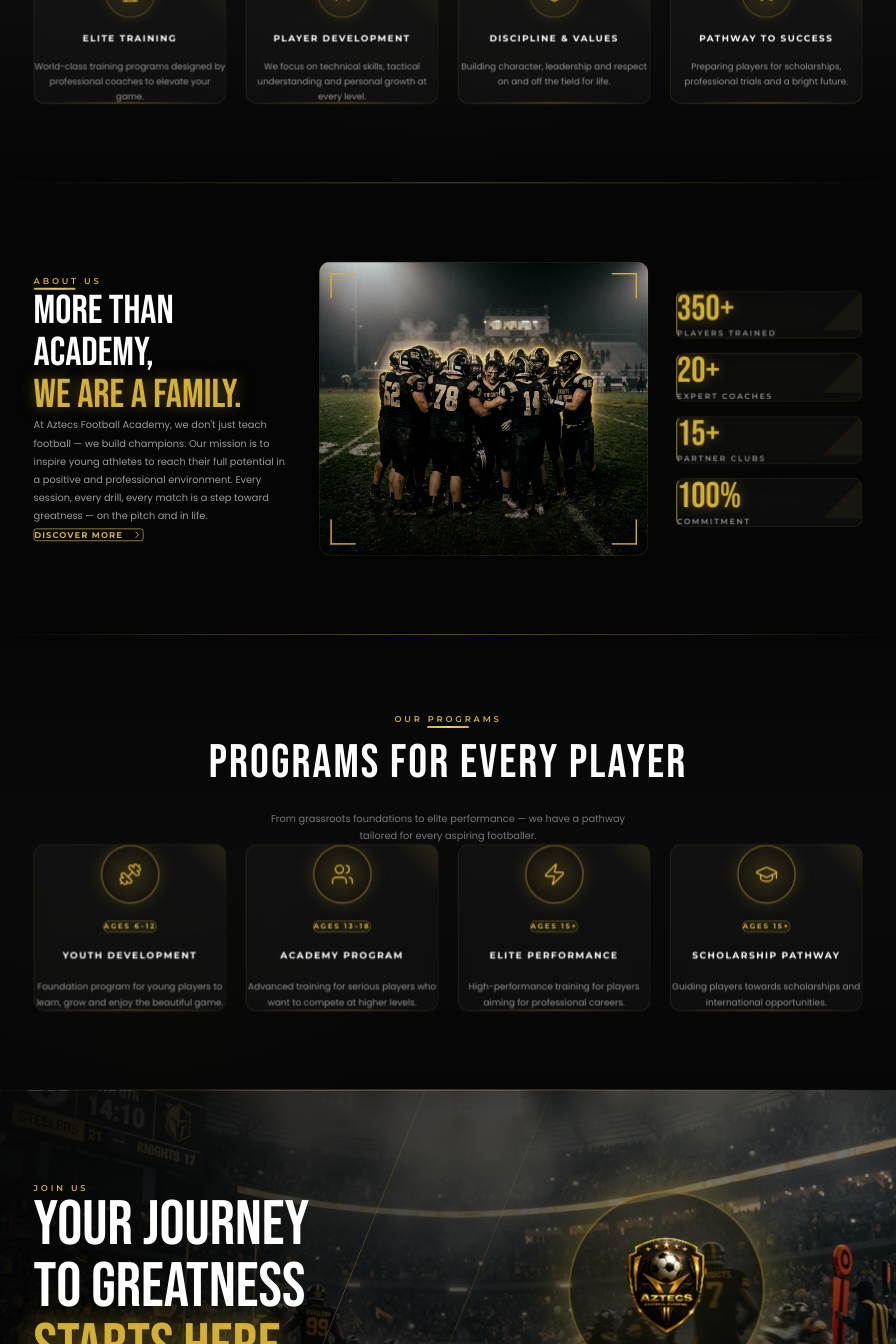
Repository: rahilkk2/aztecs-football
Page: /
An editor plug-in stored every save of this project. The page is shown before and after the next save, followed by the edit.
The browser window is 1280 px wide. The pictures show the part of the page from y = 970 to 2890 px (the page is 3754 px tall before and 3744 px after), at 70% of full size.
The project was rebuilt for these pictures with package versions that can differ from the ones it lists, and the page was loaded fresh each time. Also part of the build but not shown: vite.config.js.

Above is the page before, as saved 2026-05-20 00:30:06.

After the next save:
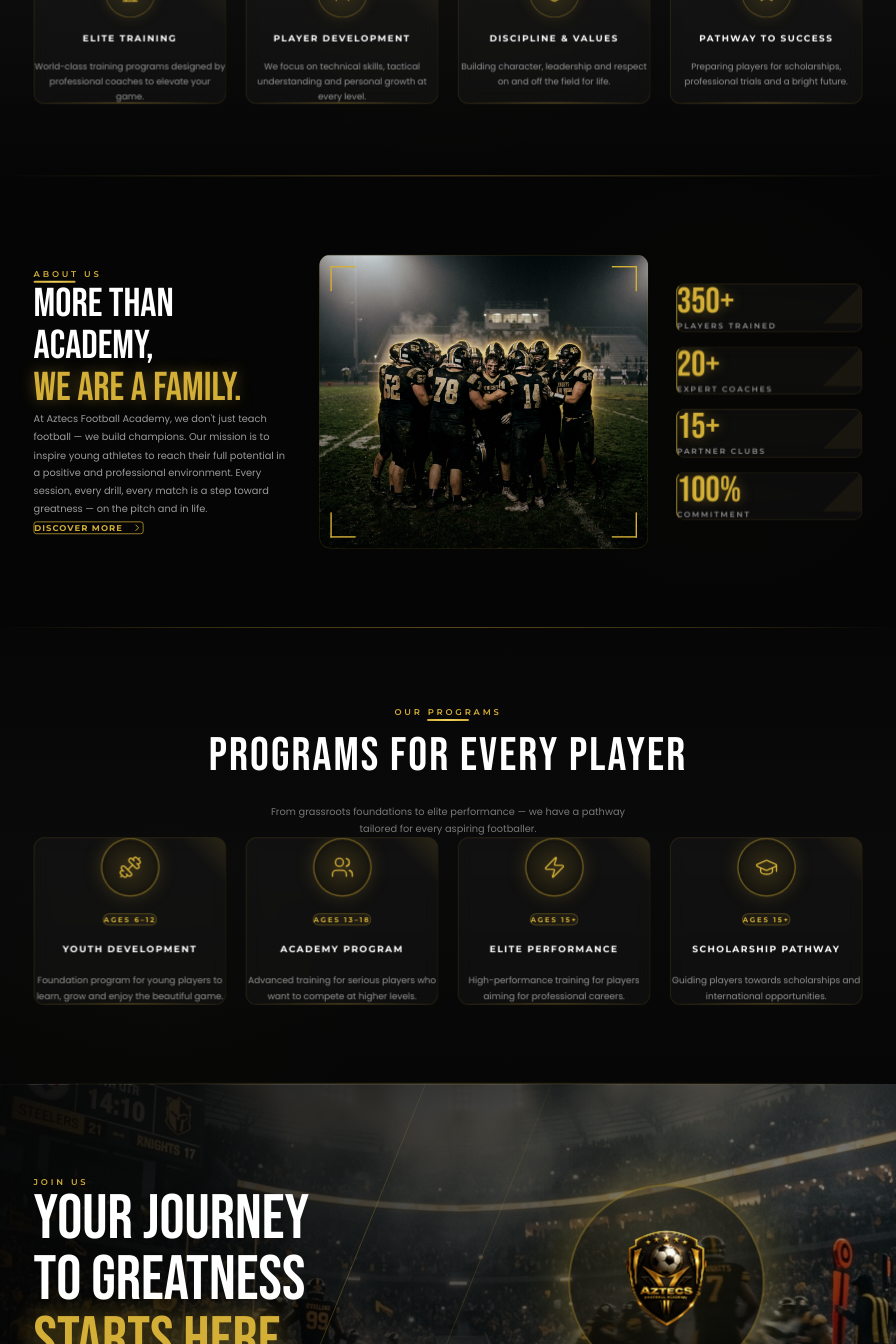
Saved 5 s later.
--- a/src/components/Features.jsx
+++ b/src/components/Features.jsx
@@ -36,8 +36,8 @@ export default function Features() {
       className="relative overflow-hidden"
       style={{
         background: 'linear-gradient(to bottom, #050505, #0c0c0c, #050505)',
-        paddingTop: '6rem',
-        paddingBottom: '7rem',
+        paddingTop: 'clamp(3rem, 8vw, 6rem)',
+        paddingBottom: 'clamp(3rem, 8vw, 7rem)',
       }}
     >
       {/* Gold accent lines */}
